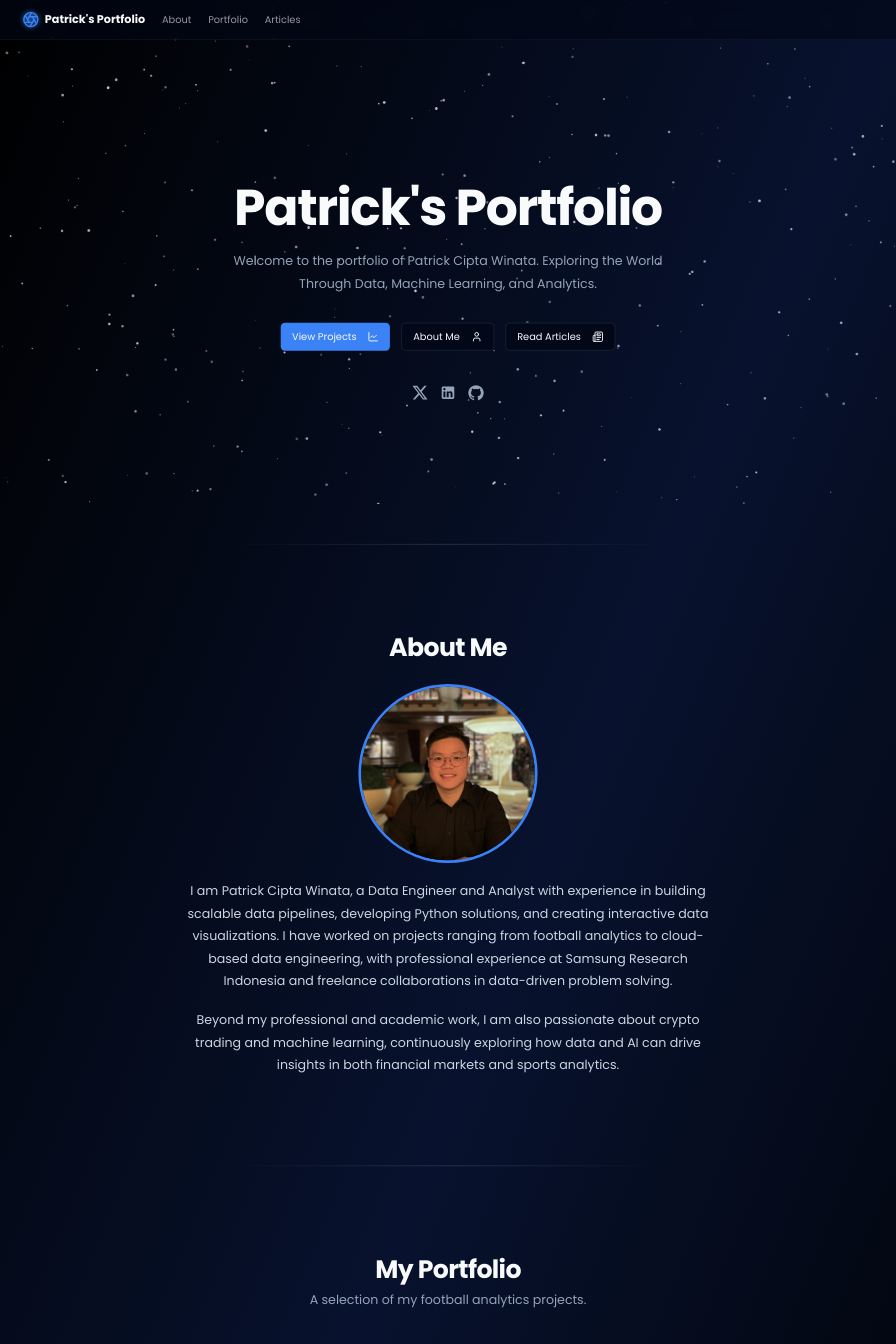
Repository: patrick-cw/my-portfolio
Page: /
These files come from the project's save history. The page is drawn as it stood at one moment and after the next save; the edit follows.
The browser window is 1280 px wide. The pictures show the part of the page from y = 0 to 1920 px (the page is 3172 px tall), at 70% of full size.
The project was rebuilt for these pictures with package versions that can differ from the ones it lists, and the page was loaded fresh each time. The framework's server and built-in components were replaced by stand-ins that run in the browser. Also part of the build but not shown: next.config.ts.

Above is the page before, as saved 2025-08-30 22:34:07.

### src/app/layout.tsx
import type {Metadata} from 'next';
import './globals.css';
import { Toaster } from "@/components/ui/toaster";
import { cn } from '@/lib/utils';
import Particles from '@/components/particles';
import Header from '@/components/header';
import Footer from '@/components/footer';


export const metadata: Metadata = {
  title: "Patrick's Portfolio",
  description: 'A portfolio showcasing football analytics projects, articles, and more.',
};

export default function RootLayout({
  children,
}: Readonly<{
  children: React.ReactNode;
}>) {
  return (
    <html lang="en" className="dark" style={{scrollBehavior: 'smooth'}}>
      <head>
        <link rel="preconnect" href="https://fonts.googleapis.com" />
        <link rel="preconnect" href="https://fonts.gstatic.com" crossOrigin="anonymous" />
        <link href="https://fonts.googleapis.com/css2?family=Poppins:wght@400;600;700&display=swap" rel="stylesheet" />
      </head>
      <body className={cn("min-h-screen font-body antialiased bg-background")}>
        <div className="relative z-0 flex min-h-screen flex-col bg-gradient-to-br from-black via-blue-900/20 to-black">
          <Particles />
          <Header />
          <main className="flex-1">{children}</main>
          <Footer />
        </div>
        <Toaster />
      </body>
    </html>
  );
}

### src/app/globals.css
@tailwind base;
@tailwind components;
@tailwind utilities;

@layer base {
  :root {
    --background: 0 0% 100%;
    --foreground: 222.2 84% 4.9%;
    --card: 0 0% 100%;
    --card-foreground: 222.2 84% 4.9%;
    --popover: 0 0% 100%;
    --popover-foreground: 222.2 84% 4.9%;
    --primary: 217.2 91.2% 59.8%;
    --primary-foreground: 210 40% 98%;
    --secondary: 210 40% 96.1%;
    --secondary-foreground: 217.2 91.2% 59.8%;
    --muted: 210 40% 96.1%;
    --muted-foreground: 215.4 16.3% 46.9%;
    --accent: 210 40% 96.1%;
    --accent-foreground: 217.2 91.2% 59.8%;
    --destructive: 0 84.2% 60.2%;
    --destructive-foreground: 210 40% 98%;
    --border: 214.3 31.8% 91.4%;
    --input: 214.3 31.8% 91.4%;
    --ring: 217.2 91.2% 59.8%;
    --radius: 0.5rem;
    --sidebar-background: 0 0% 98%;
    --sidebar-foreground: 240 5.3% 26.1%;
    --sidebar-primary: 240 5.9% 10%;
    --sidebar-primary-foreground: 0 0% 98%;
    --sidebar-accent: 240 4.8% 95.9%;
    --sidebar-accent-foreground: 240 5.9% 10%;
    --sidebar-border: 220 13% 91%;
    --sidebar-ring: 217.2 91.2% 59.8%;
    --chart-1: 12 76% 61%;
    --chart-2: 173 58% 39%;
    --chart-3: 197 37% 24%;
    --chart-4: 43 74% 66%;
    --chart-5: 27 87% 67%;
  }
  .dark {
    --background: 222.2 84% 4.9%;
    --foreground: 210 40% 98%;
    --card: 222.2 84% 6.9%;
    --card-foreground: 210 40% 98%;
    --popover: 222.2 84% 4.9%;
    --popover-foreground: 210 40% 98%;
    --primary: 217.2 91.2% 59.8%;
    --primary-foreground: 210 40% 98%;
    --secondary: 217.2 32.6% 17.5%;
    --secondary-foreground: 210 40% 98%;
    --muted: 217.2 32.6% 17.5%;
    --muted-foreground: 215 20.2% 65.1%;
    --accent: 217.2 32.6% 17.5%;
    --accent-foreground: 210 40% 98%;
    --destructive: 0 62.8% 30.6%;
    --destructive-foreground: 210 40% 98%;
    --border: 217.2 32.6% 17.5%;
    --input: 217.2 32.6% 17.5%;
    --ring: 217.2 91.2% 59.8%;
    --chart-1: 220 70% 50%;
    --chart-2: 160 60% 45%;
    --chart-3: 30 80% 55%;
    --chart-4: 280 65% 60%;
    --chart-5: 340 75% 55%;
    --sidebar-background: 240 5.9% 10%;
    --sidebar-foreground: 240 4.8% 95.9%;
    --sidebar-primary: 224.3 76.3% 48%;
    --sidebar-primary-foreground: 0 0% 100%;
    --sidebar-accent: 240 3.7% 15.9%;
    --sidebar-accent-foreground: 240 4.8% 95.9%;
    --sidebar-border: 240 3.7% 15.9%;
    --sidebar-ring: 217.2 91.2% 59.8%;
  }
}

@layer base {
  * {
    @apply border-border;
  }
  body {
    @apply bg-background text-foreground;
  }
}

### src/components/ui/toaster.tsx
"use client"

import { useToast } from "@/hooks/use-toast"
import {
  Toast,
  ToastClose,
  ToastDescription,
  ToastProvider,
  ToastTitle,
  ToastViewport,
} from "@/components/ui/toast"

export function Toaster() {
  const { toasts } = useToast()

  return (
    <ToastProvider>
      {toasts.map(function ({ id, title, description, action, ...props }) {
        return (
          <Toast key={id} {...props}>
            <div className="grid gap-1">
              {title && <ToastTitle>{title}</ToastTitle>}
              {description && (
                <ToastDescription>{description}</ToastDescription>
              )}
            </div>
            {action}
            <ToastClose />
          </Toast>
        )
      })}
      <ToastViewport />
    </ToastProvider>
  )
}

### src/components/particles.tsx
"use client";

import React, { useRef, useEffect } from 'react';
import { cn } from '@/lib/utils';

interface MousePosition {
  x: number | null;
  y: number | null;
  radius: number;
}

// Helper class for a single particle
class Particle {
  x: number;
  y: number;
  size: number;
  color: string;
  // Base velocity
  vx: number;
  vy: number;
  // Mouse-induced velocity
  pushX: number;
  pushY: number;
  friction: number;

  constructor(private canvas: HTMLCanvasElement) {
    this.x = Math.random() * canvas.width;
    this.y = Math.random() * canvas.height;
    this.size = Math.random() * 1.5 + 0.5;
    this.color = `rgba(255, 255, 255, ${Math.random() * 0.5 + 0.3})`;
    this.vx = (Math.random() - 0.5) * 0.1; // Slow independent horizontal movement
    this.vy = (Math.random() - 0.5) * 0.1; // Slow independent vertical movement
    this.pushX = 0;
    this.pushY = 0;
    this.friction = 0.95; // Slows down the mouse push effect
  }

  draw(context: CanvasRenderingContext2D) {
    context.fillStyle = this.color;
    context.beginPath();
    context.arc(this.x, this.y, this.size, 0, Math.PI * 2);
    context.fill();
  }

  update(mouse: MousePosition) {
    // Mouse interaction
    if (mouse.x !== null && mouse.y !== null) {
        const dx = this.x - mouse.x;
        const dy = this.y - mouse.y;
        const distance = Math.sqrt(dx * dx + dy * dy);
        const forceDirectionX = dx / distance;
        const forceDirectionY = dy / distance;
        const force = (mouse.radius - distance) / mouse.radius; // Inverted force

        if (distance < mouse.radius) {
            const pushStrength = force * 0.5; // Adjust push strength
            this.pushX += forceDirectionX * pushStrength;
            this.pushY += forceDirectionY * pushStrength;
        }
    }

    // Apply friction to the mouse-push velocity
    this.pushX *= this.friction;
    this.pushY *= this.friction;

    // Update position with both base velocity and mouse-push velocity
    this.x += this.vx + this.pushX;
    this.y += this.vy + this.pushY;

    // Screen wrapping logic
    if (this.x > this.canvas.width) this.x = 0;
    if (this.x < 0) this.x = this.canvas.width;
    if (this.y > this.canvas.height) this.y = 0;
    if (this.y < 0) this.y = this.canvas.height;
  }
}

export default function Particles({ className }: { className?: string }) {
  const canvasRef = useRef<HTMLCanvasElement>(null);
  const particles = useRef<Particle[]>([]);
  const mouse = useRef<MousePosition>({ x: null, y: null, radius: 100 });
  const animationFrameId = useRef<number>();

  const initParticles = (canvas: HTMLCanvasElement) => {
    particles.current = [];
    const numberOfParticles = Math.floor((canvas.width * canvas.height) / 3000);
    for (let i = 0; i < numberOfParticles; i++) {
      particles.current.push(new Particle(canvas));
    }
  };

  const animate = () => {
    const canvas = canvasRef.current;
    if (!canvas) return;
    const context = canvas.getContext('2d');
    if (!context) return;

    context.clearRect(0, 0, canvas.width, canvas.height);
    for (const particle of particles.current) {
      particle.update(mouse.current);
      particle.draw(context);
    }
    animationFrameId.current = requestAnimationFrame(animate);
  };

  useEffect(() => {
    const canvas = canvasRef.current;
    if (!canvas) return;

    const handleResize = () => {
      if (animationFrameId.current) {
        cancelAnimationFrame(animationFrameId.current);
      }
      canvas.width = window.innerWidth;
      canvas.height = window.innerHeight;
      initParticles(canvas);
      animate();
    };

    const handleMouseMove = (event: MouseEvent) => {
      mouse.current.x = event.clientX;
      mouse.current.y = event.clientY;
    };

    const handleMouseLeave = () => {
        mouse.current.x = null;
        mouse.current.y = null;
    }

    window.addEventListener('resize', handleResize);
    window.addEventListener('mousemove', handleMouseMove);
    window.addEventListener('mouseleave', handleMouseLeave);

    handleResize();

    return () => {
      window.removeEventListener('resize', handleResize);
      window.removeEventListener('mousemove', handleMouseMove);
      window.removeEventListener('mouseleave', handleMouseLeave);
      if (animationFrameId.current) {
        cancelAnimationFrame(animationFrameId.current);
      }
    };
  }, []);

  return <canvas ref={canvasRef} className={cn('fixed top-0 left-0 w-full h-full -z-10', className)} />;
}

### src/components/header.tsx
import Link from "next/link";
import { Aperture, Footprints } from "lucide-react";

export default function Header() {
  return (
    <header className="sticky top-0 z-50 w-full border-b border-border/40 bg-background/95 backdrop-blur supports-[backdrop-filter]:bg-background/60">
      <div className="container flex h-14 max-w-screen-2xl items-center">
        <Link href="/#home" className="mr-6 flex items-center space-x-2">
          <Aperture className="h-6 w-6 text-primary" style={{filter: 'drop-shadow(0 0 4px hsl(var(--primary)))'}}/>
          <span className="font-bold sm:inline-block font-headline">Patrick's Portfolio</span>
        </Link>
        <nav className="flex items-center gap-4 text-sm lg:gap-6">
          <Link href="/#about" className="text-foreground/60 transition-colors hover:text-foreground/80">
            About
          </Link>
          <Link href="/#portfolio" className="text-foreground/60 transition-colors hover:text-foreground/80">
            Portfolio
          </Link>
          <Link href="/#articles" className="text-foreground/60 transition-colors hover:text-foreground/80">
            Articles
          </Link>
          {/* <Link href="/ai-editor" className="text-foreground/60 transition-colors hover:text-foreground/80">
            AI Editor
          </Link> */}
        </nav>
      </div>
    </header>
  );
}

### src/components/footer.tsx
export default function Footer() {
    return (
      <footer className="border-t border-border/40 py-6 md:py-8">
        <div className="container flex flex-col items-center justify-between gap-4 md:flex-row">
          <p className="text-sm text-muted-foreground">
            © {new Date().getFullYear()} Patrick Cipta Winata. All rights reserved.
          </p>
        </div>
      </footer>
    );
  }

### src/components/ui/button.tsx
import * as React from "react"
import { Slot } from "@radix-ui/react-slot"
import { cva, type VariantProps } from "class-variance-authority"

import { cn } from "@/lib/utils"

const buttonVariants = cva(
  "inline-flex items-center justify-center gap-2 whitespace-nowrap rounded-md text-sm font-medium ring-offset-background transition-colors focus-visible:outline-none focus-visible:ring-2 focus-visible:ring-ring focus-visible:ring-offset-2 disabled:pointer-events-none disabled:opacity-50 [&_svg]:pointer-events-none [&_svg]:size-4 [&_svg]:shrink-0",
  {
    variants: {
      variant: {
        default: "bg-primary text-primary-foreground hover:bg-primary/90",
        destructive:
          "bg-destructive text-destructive-foreground hover:bg-destructive/90",
        outline:
          "border border-input bg-background hover:bg-accent hover:text-accent-foreground",
        secondary:
          "bg-secondary text-secondary-foreground hover:bg-secondary/80",
        ghost: "hover:bg-accent hover:text-accent-foreground",
        link: "text-primary underline-offset-4 hover:underline",
      },
      size: {
        default: "h-10 px-4 py-2",
        sm: "h-9 rounded-md px-3",
        lg: "h-11 rounded-md px-8",
        icon: "h-10 w-10",
      },
    },
    defaultVariants: {
      variant: "default",
      size: "default",
    },
  }
)

export interface ButtonProps
  extends React.ButtonHTMLAttributes<HTMLButtonElement>,
    VariantProps<typeof buttonVariants> {
  asChild?: boolean
}

const Button = React.forwardRef<HTMLButtonElement, ButtonProps>(
  ({ className, variant, size, asChild = false, ...props }, ref) => {
    const Comp = asChild ? Slot : "button"
    return (
      <Comp
        className={cn(buttonVariants({ variant, size, className }))}
        ref={ref}
        {...props}
      />
    )
  }
)
Button.displayName = "Button"

export { Button, buttonVariants }

### src/components/ui/card.tsx
import * as React from "react"

import { cn } from "@/lib/utils"

const Card = React.forwardRef<
  HTMLDivElement,
  React.HTMLAttributes<HTMLDivElement>
>(({ className, ...props }, ref) => (
  <div
    ref={ref}
    className={cn(
      "rounded-lg border bg-card text-card-foreground shadow-sm",
      className
    )}
    {...props}
  />
))
Card.displayName = "Card"

const CardHeader = React.forwardRef<
  HTMLDivElement,
  React.HTMLAttributes<HTMLDivElement>
>(({ className, ...props }, ref) => (
  <div
    ref={ref}
    className={cn("flex flex-col space-y-1.5 p-6", className)}
    {...props}
  />
))
CardHeader.displayName = "CardHeader"

const CardTitle = React.forwardRef<
  HTMLDivElement,
  React.HTMLAttributes<HTMLDivElement>
>(({ className, ...props }, ref) => (
  <div
    ref={ref}
    className={cn(
      "text-2xl font-semibold leading-none tracking-tight",
      className
    )}
    {...props}
  />
))
CardTitle.displayName = "CardTitle"

const CardDescription = React.forwardRef<
  HTMLDivElement,
  React.HTMLAttributes<HTMLDivElement>
>(({ className, ...props }, ref) => (
  <div
    ref={ref}
    className={cn("text-sm text-muted-foreground", className)}
    {...props}
  />
))
CardDescription.displayName = "CardDescription"

const CardContent = React.forwardRef<
  HTMLDivElement,
  React.HTMLAttributes<HTMLDivElement>
>(({ className, ...props }, ref) => (
  <div ref={ref} className={cn("p-6 pt-0", className)} {...props} />
))
CardContent.displayName = "CardContent"

const CardFooter = React.forwardRef<
  HTMLDivElement,
  React.HTMLAttributes<HTMLDivElement>
>(({ className, ...props }, ref) => (
  <div
    ref={ref}
    className={cn("flex items-center p-6 pt-0", className)}
    {...props}
  />
))
CardFooter.displayName = "CardFooter"

export { Card, CardHeader, CardFooter, CardTitle, CardDescription, CardContent }

### tailwind.config.ts
import type {Config} from 'tailwindcss';

export default {
  darkMode: ['class'],
  content: [
    './src/pages/**/*.{js,ts,jsx,tsx,mdx}',
    './src/components/**/*.{js,ts,jsx,tsx,mdx}',
    './src/app/**/*.{js,ts,jsx,tsx,mdx}',
  ],
  theme: {
    container: {
      center: true,
      padding: "2rem",
      screens: {
        "2xl": "1400px",
      },
    },
    extend: {
      fontFamily: {
        body: ['Poppins', 'sans-serif'],
        headline: ['Poppins', 'sans-serif'],
        code: ['monospace'],
      },
      colors: {
        background: 'hsl(var(--background))',
        foreground: 'hsl(var(--foreground))',
        card: {
          DEFAULT: 'hsl(var(--card))',
          foreground: 'hsl(var(--card-foreground))',
        },
        popover: {
          DEFAULT: 'hsl(var(--popover))',
          foreground: 'hsl(var(--popover-foreground))',
        },
        primary: {
          DEFAULT: 'hsl(var(--primary))',
          foreground: 'hsl(var(--primary-foreground))',
        },
        secondary: {
          DEFAULT: 'hsl(var(--secondary))',
          foreground: 'hsl(var(--secondary-foreground))',
        },
        muted: {
          DEFAULT: 'hsl(var(--muted))',
          foreground: 'hsl(var(--muted-foreground))',
        },
        accent: {
          DEFAULT: 'hsl(var(--accent))',
          foreground: 'hsl(var(--accent-foreground))',
        },
        destructive: {
          DEFAULT: 'hsl(var(--destructive))',
          foreground: 'hsl(var(--destructive-foreground))',
        },
        border: 'hsl(var(--border))',
        input: 'hsl(var(--input))',
        ring: 'hsl(var(--ring))',
        chart: {
          '1': 'hsl(var(--chart-1))',
          '2': 'hsl(var(--chart-2))',
          '3': 'hsl(var(--chart-3))',
          '4': 'hsl(var(--chart-4))',
          '5': 'hsl(var(--chart-5))',
        },
        sidebar: {
          DEFAULT: 'hsl(var(--sidebar-background))',
          foreground: 'hsl(var(--sidebar-foreground))',
          primary: 'hsl(var(--sidebar-primary))',
          'primary-foreground': 'hsl(var(--sidebar-primary-foreground))',
          accent: 'hsl(var(--sidebar-accent))',
          'accent-foreground': 'hsl(var(--sidebar-accent-foreground))',
          border: 'hsl(var(--sidebar-border))',
          ring: 'hsl(var(--sidebar-ring))',
        },
      },
      borderRadius: {
        lg: 'var(--radius)',
        md: 'calc(var(--radius) - 2px)',
        sm: 'calc(var(--radius) - 4px)',
      },
      keyframes: {
        'accordion-down': {
          from: {
            height: '0',
          },
          to: {
            height: 'var(--radix-accordion-content-height)',
          },
        },
        'accordion-up': {
          from: {
            height: 'var(--radix-accordion-content-height)',
          },
          to: {
            height: '0',
          },
        },
      },
      animation: {
        'accordion-down': 'accordion-down 0.2s ease-out',
        'accordion-up': 'accordion-up 0.2s ease-out',
      },
    },
  },
  plugins: [require('tailwindcss-animate')],
} satisfies Config;

### src/components/ThemeRegistry.tsx
'use client';
import createCache from '@emotion/cache';
import { useServerInsertedHTML } from 'next/navigation';
import { CacheProvider } from '@emotion/react';
import { ThemeProvider } from '@mui/material/styles';
import CssBaseline from '@mui/material/CssBaseline';
import { createTheme } from '@mui/material/styles';
import React from 'react';

const theme = createTheme({
  palette: {
    mode: 'dark',
  },
});

// This implementation is from emotion-js
// https://github.com/emotion-js/emotion/issues/2928#issuecomment-1319747902
export default function ThemeRegistry(props: { children: React.ReactNode }) {
  const { children } = props;

  const [{ cache, flush }] = React.useState(() => {
    const cache = createCache({ key: 'mui-style' });
    cache.compat = true;
    const prevInsert = cache.insert;
    let inserted: string[] = [];
    cache.insert = (...args) => {
      const serialized = args[1];
      if (cache.inserted[serialized.name] === undefined) {
        inserted.push(serialized.name);
      }
      return prevInsert(...args);
    };
    const flush = () => {
      const prevInserted = inserted;
      inserted = [];
      return prevInserted;
    };
    return { cache, flush };
  });

  useServerInsertedHTML(() => {
    const names = flush();
    if (names.length === 0) {
      return null;
    }
    let styles = '';
    for (const name of names) {
      styles += cache.inserted[name];
    }
    return (
      <style
        key={cache.key}
        data-emotion={`${cache.key} ${names.join(' ')}`}
        dangerouslySetInnerHTML={{
          __html: styles,
        }}
      />
    );
  });

  return (
    <CacheProvider value={cache}>
      <ThemeProvider theme={theme}>
        <CssBaseline />
        {children}
      </ThemeProvider>
    </CacheProvider>
  );
}

Loaded but not shown: src/lib/utils.ts (common file); src/hooks/use-toast.ts (common file); src/app/page.tsx (184 lines, source omitted); src/components/ui/toast.tsx (129 lines, source omitted)

After the next save:
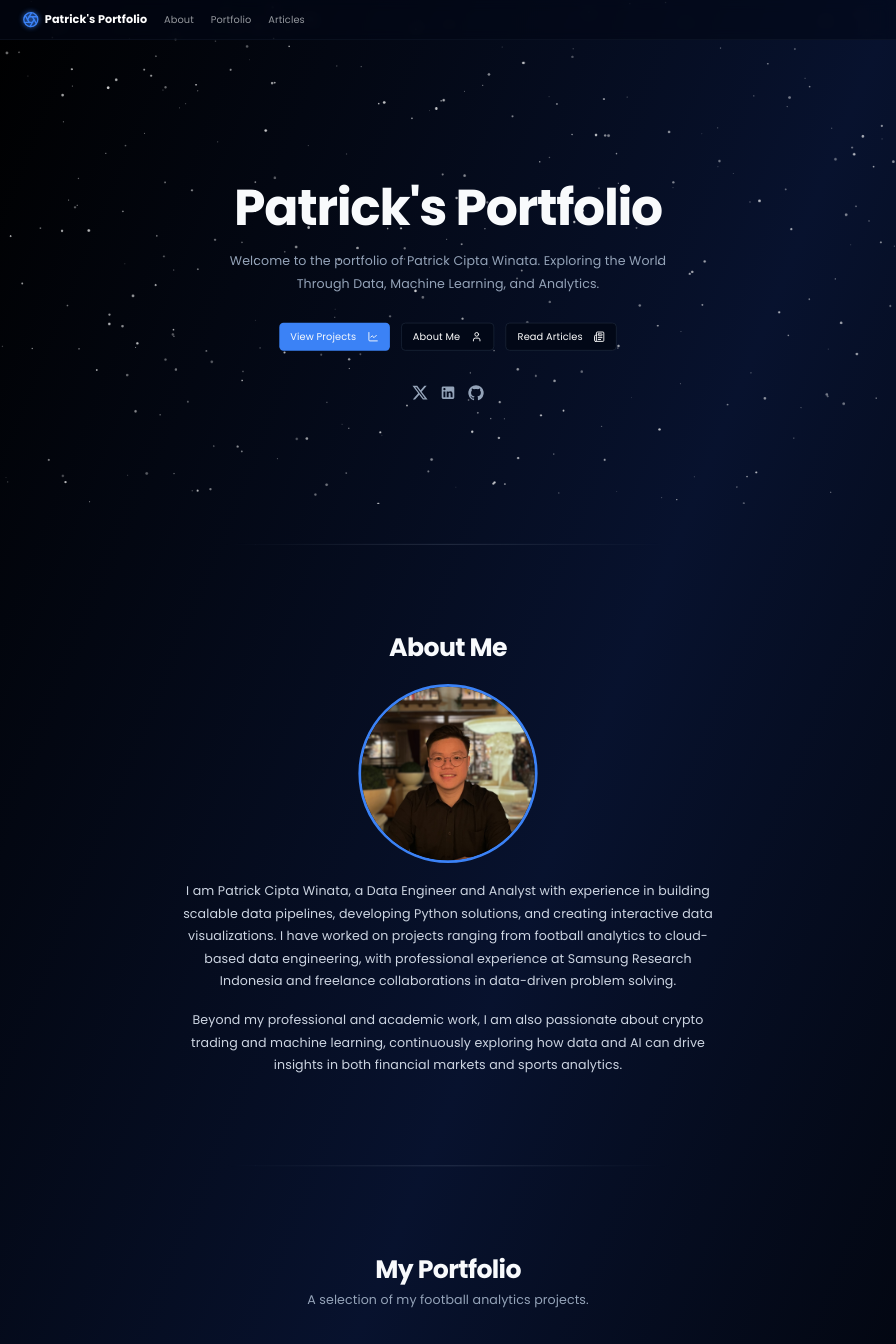
Saved 38 s later.
--- a/src/app/layout.tsx
+++ b/src/app/layout.tsx
@@ -5,7 +5,7 @@ import { cn } from '@/lib/utils';
 import Particles from '@/components/particles';
 import Header from '@/components/header';
 import Footer from '@/components/footer';
-
+import ThemeRegistry from '@/components/ThemeRegistry';
 
 export const metadata: Metadata = {
   title: "Patrick's Portfolio",
@@ -25,13 +25,15 @@ export default function RootLayout({
         <link href="https://fonts.googleapis.com/css2?family=Poppins:wght@400;600;700&display=swap" rel="stylesheet" />
       </head>
       <body className={cn("min-h-screen font-body antialiased bg-background")}>
-        <div className="relative z-0 flex min-h-screen flex-col bg-gradient-to-br from-black via-blue-900/20 to-black">
-          <Particles />
-          <Header />
-          <main className="flex-1">{children}</main>
-          <Footer />
-        </div>
-        <Toaster />
+      <ThemeRegistry>
+          <div className="relative z-0 flex min-h-screen flex-col bg-gradient-to-br from-black via-blue-900/20 to-black">
+            <Particles />
+            <Header />
+            <main className="flex-1">{children}</main>
+            <Footer />
+          </div>
+          <Toaster />
+        </ThemeRegistry>
       </body>
     </html>
   );
